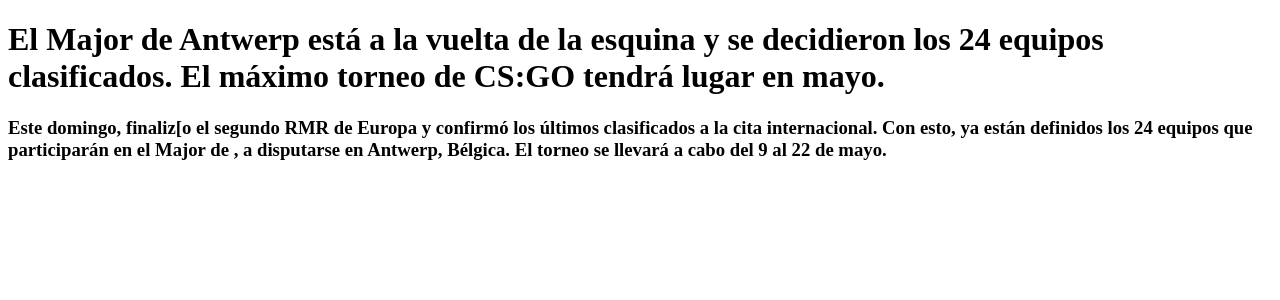
Repository: Larrowo/LPPA
Page: Clase 3/index.html
These files come from the project's save history. The page is drawn as it stood at one moment and after the next save; the edit follows.
The browser window is 1280 px wide. The pictures show the whole page.

Above is the page before, as saved 2022-04-26 13:40:29.

### Clase 3/index.html
<!DOCTYPE html>
<html lang="en">
  <head>
    <meta charset="UTF-8" />
    <meta http-equiv="X-UA-Compatible" content="IE=edge" />
    <meta name="viewport" content="width=device-width, initial-scale=1.0" />
    <title>Document</title>
  </head>

  <body>
    <main class="container">
      <div class="topPartNoticia">
        <div class="titulo">
          <h1>
            <strong
              >El Major de Antwerp está a la vuelta de la esquina y se
              decidieron los 24 equipos clasificados. El máximo torneo de CS:GO
              tendrá lugar en mayo.</strong
            >
          </h1>
        </div>
      </div>
      <div class="cuerpoNoticia">
        <h3>
          Este domingo, finaliz[o el segundo RMR de Europa y
          <strong>confirmó los últimos clasificados</strong> a la cita
          internacional. Con esto, ya están definidos
          <strong
            >los 24 equipos que participarán en el Major de
            <a
              href="https://codigoesports.com/juegos/counter-strike-global-offensive/"
            ></a></strong
          >, a disputarse en <strong>Antwerp, Bélgica.</strong> El torneo se
          llevará a cabo del <strong>9 al 22 de mayo.</strong>
        </h3>
      </div>
    </main>
  </body>
</html>

After the next save:
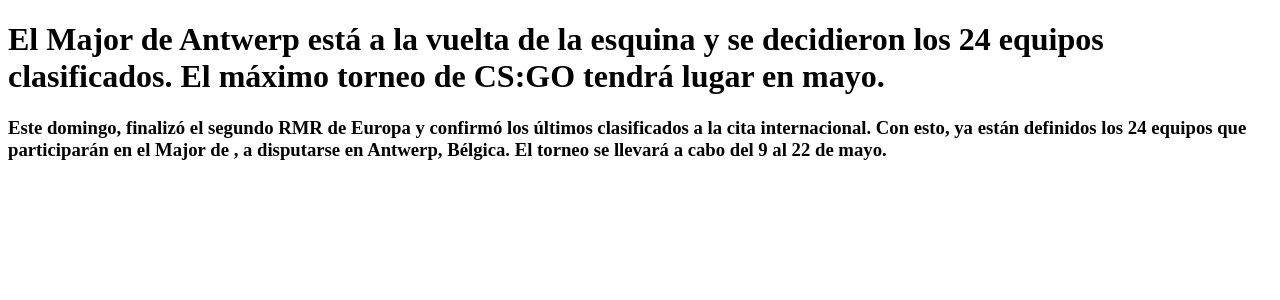
Saved 18 s later.
--- a/Clase 3/index.html
+++ b/Clase 3/index.html
@@ -22,7 +22,7 @@
       </div>
       <div class="cuerpoNoticia">
         <h3>
-          Este domingo, finaliz[o el segundo RMR de Europa y
+          Este domingo, finalizó el segundo RMR de Europa y
           <strong>confirmó los últimos clasificados</strong> a la cita
           internacional. Con esto, ya están definidos
           <strong
